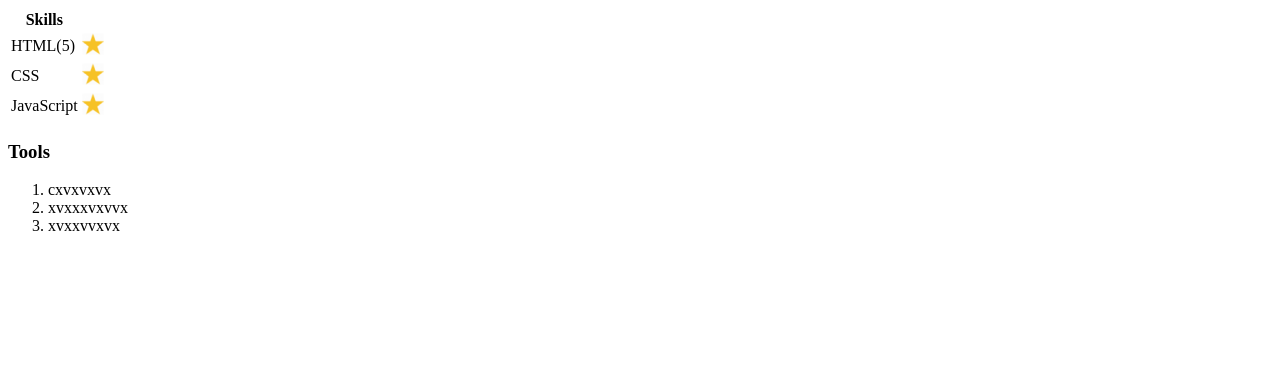
Repository: ew-code/Web-Development
Page: HTML - Personal Site/abilities.html
These files come from the project's save history. The page is drawn as it stood at one moment and after the next save; the edit follows.
The browser window is 1280 px wide. The pictures show the whole page.

Above is the page before, as saved 2021-01-03 16:51:07.

After the next save:
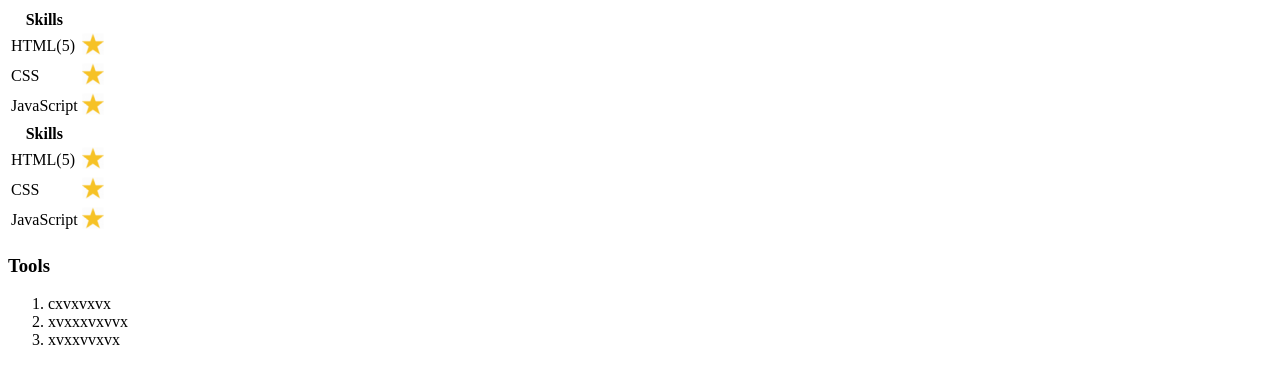
Saved 21 s later.
--- a/HTML - Personal Site/abilities.html
+++ b/HTML - Personal Site/abilities.html
@@ -31,6 +31,27 @@
     </tbody>
 </table>
 
+<table>
+    <thead>
+        <tr>
+            <th>Skills</th>
+        </tr>
+    </thead>
+    <tbody>
+        <tr>
+            <td>HTML(5)</td>
+            <td><img src="images\star.png" alt="yellow star"></td>
+        </tr>
+        <tr>
+    <td>CSS</td>
+    <td><img src="images\star.png" alt="yellow star"></td>
+    </tr>
+     <td>JavaScript</td>
+ <td><img src="images\star.png" alt="yellow star"></td>
+ </tr>
+    </tbody>
+</table>
+
   <h3>Tools</h3>
   <ol>
     <li>cxvxvxvx</li>
